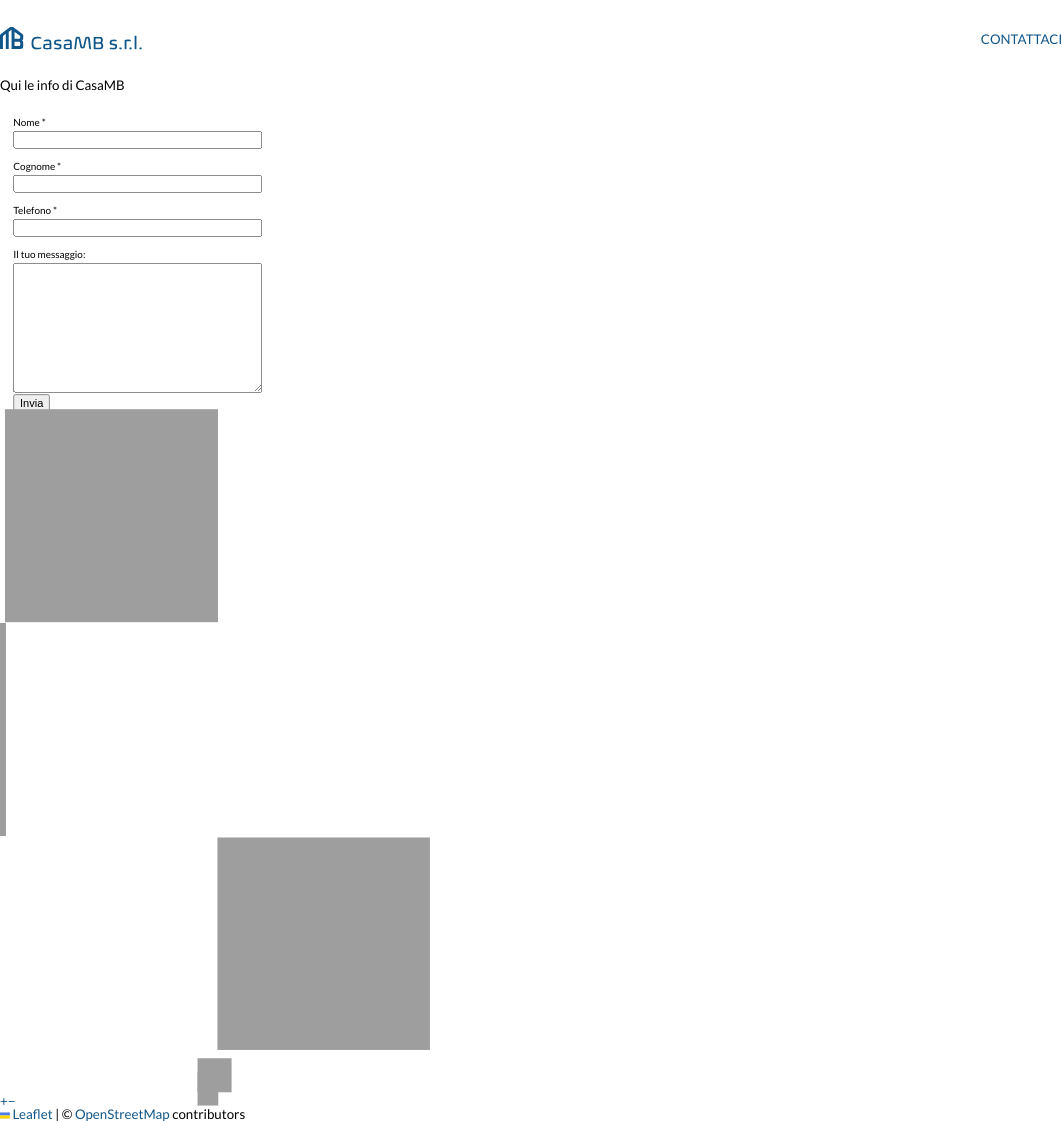
Repository: nicolorz/casamb
Page: /contatti
These files come from the project's save history. The page is drawn as it stood at one moment and after the next save; the edit follows.
The browser window is 1280 px wide. The pictures show the whole page, at 83% of full size.
Pictures or frames that could not be fetched are drawn as grey boxes. The project was rebuilt for these pictures with package versions that can differ from the ones it lists, and the page was loaded fresh each time. Also part of the build but not shown: src/index.css, src/App.css, src/components/CardWrapper/CardWrapper.css, src/statics/statics.js, src/components/CardWrapper/CardItem.css, src/components/CardWrapper/CardItem.js, src/components/CardWrapper/CardWrapper.js, src/components/SortingBtn/Sortingbtn.css and 6 more.

Above is the page before, as saved 2023-07-26 15:35:38.

After the next save:
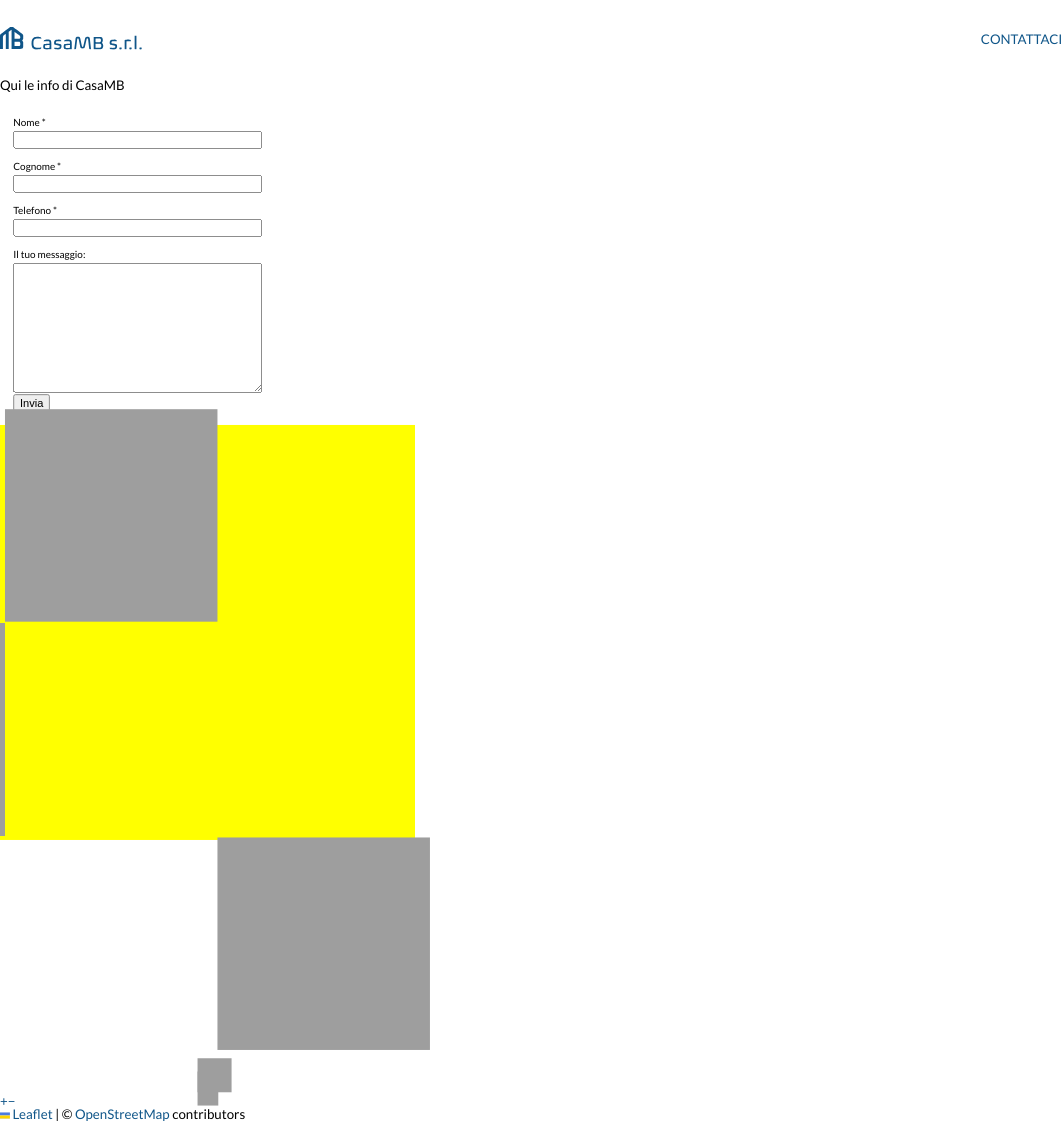
Saved 4 min 30 s later.
--- a/src/components/FormContacts/FormContacts.css
+++ b/src/components/FormContacts/FormContacts.css
@@ -23,4 +23,5 @@
 .mappa {
     width: 500px;
     height: 500px;
+    background-color: yellow;
 }
